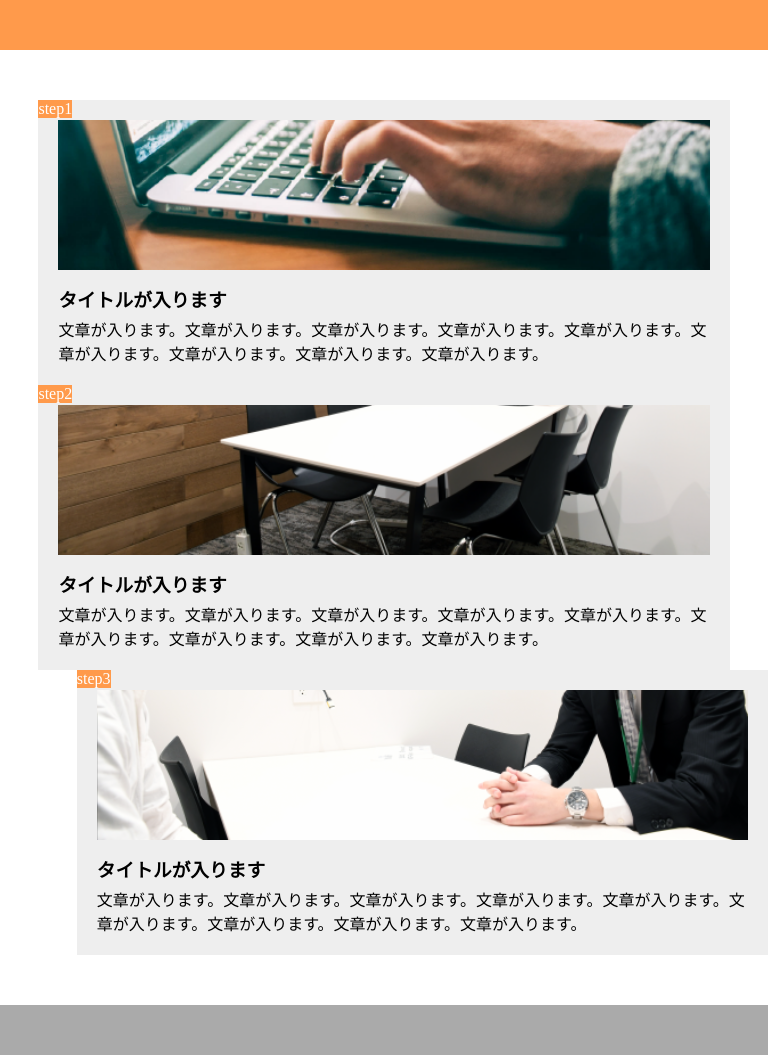
Repository: miho-baba/chapter10.1
Page: chapter9/chapter9.html
The author's editor kept a record of every edit. The page is drawn from the files as they stood at one moment, then again after the next edit.
The browser window is 768 px wide. The pictures show the whole page.

Above is the page before.

### chapter9/chapter9.html

<!DOCTYPE html>
<html lang="ja">
  <head>
    <meta charset="UTF-8" />
    <meta name="viewport" content="width=device-width,initial-scale=1.0">
  <title>9章演習</title>
    <link rel="stylesheet" href="chapter9.css" />
  </head>
  <body>
    <header></header>
    <main>
      <div class="step-box">
        <div class="step-img1"></div>
        <span class="step-num">step1</span>
        <h3 class="title">タイトルが入ります</h3>
        <p class="text">
          文章が入ります。文章が入ります。文章が入ります。文章が入ります。文章が入ります。文章が入ります。文章が入ります。文章が入ります。文章が入ります。
        </p>
      </div>

      <div class="step-box">
        <div class="step-img2"></div>
        <span class="step-num">step2</span>
        <h3 class="title">タイトルが入ります</h3>
        <p class="text">
          文章が入ります。文章が入ります。文章が入ります。文章が入ります。文章が入ります。文章が入ります。文章が入ります。文章が入ります。文章が入ります。
        </p>
      </div>

      <div class="step-box">
        <div class="step-img3"></div>
        <span class="step-num">step3</span>
        <h3 class="title">タイトルが入ります</h3>
        <p class="text">
          文章が入ります。文章が入ります。文章が入ります。文章が入ります。文章が入ります。文章が入ります。文章が入ります。文章が入ります。文章が入ります。
        </p>
      </div>
    </main>
    <footer></footer>
  </body>
</html>

### chapter9/chapter9.css
* {
  box-sizing: border-box;
  margin: 0;
  padding: 0;
}

header {
  height: 50px;
  background-color: #ff9a4b;
}

main {
  width: 960px;
  margin: 50px auto;
  display: flex;
}

.step-box {
  width: 300px;
  margin-right: 30px;
  padding: 10px;
  position: relative;
  background-color: #eee;
}

.step-box:last-child {
  margin-right: 0;
}

.step-img1 {
  height: 150px;
  background-image: url(img/flow01.png);
  background-position: bottom;
  background-size: cover;
}

.step-img2 {
  height: 150px;
  background-image: url(img/flow02.png);
  background-position: bottom;
  background-size: cover;
}

.step-img3 {
  height: 150px;
  background-image: url(img/flow03.png);
  background-position: bottom;
  background-size: cover;
}

.step-num {
  position: absolute;
  top: 0;
  left: 0;
  background-color: #ff9a4b;
  color: #fff;
}

.title {
  margin: 15px 0 5px;
}

footer {
  height: 50px;
  background-color: #aaa;
}

@media screen and (max-width:768px) {
  header {
    height: 50px;
    width: 100%;
}

main {
  width: 100%;
  margin: 50px auto;
  display: block;
}

.step-box {
  width: 90%;
  margin-right: 50px;
  padding: 20px;
  position: relative;
  background-color: #eee;
  margin: auto;
}

.step-box:last-child {
  margin-right: 0;
}

.step-img1 {
  height: 150px;
  background-image: url(img/flow01.png);
  background-position: bottom;
  background-size: cover;
}

.step-img2 {
  height: 150px;
  background-image: url(img/flow02.png);
  background-position: bottom;
  background-size: cover;
}

.step-img3 {
  height: 150px;
  background-image: url(img/flow03.png);
  background-position: bottom;
  background-size: cover;
}

.step-num {
  position: absolute;
  top: 0;
  left: 0;
  background-color: #ff9a4b;
  color: #fff;
}

.title {
  margin: 15px 0 5px;
}

footer {
  height: 50px;
  background-color: #aaa;
}
}

After the next edit:
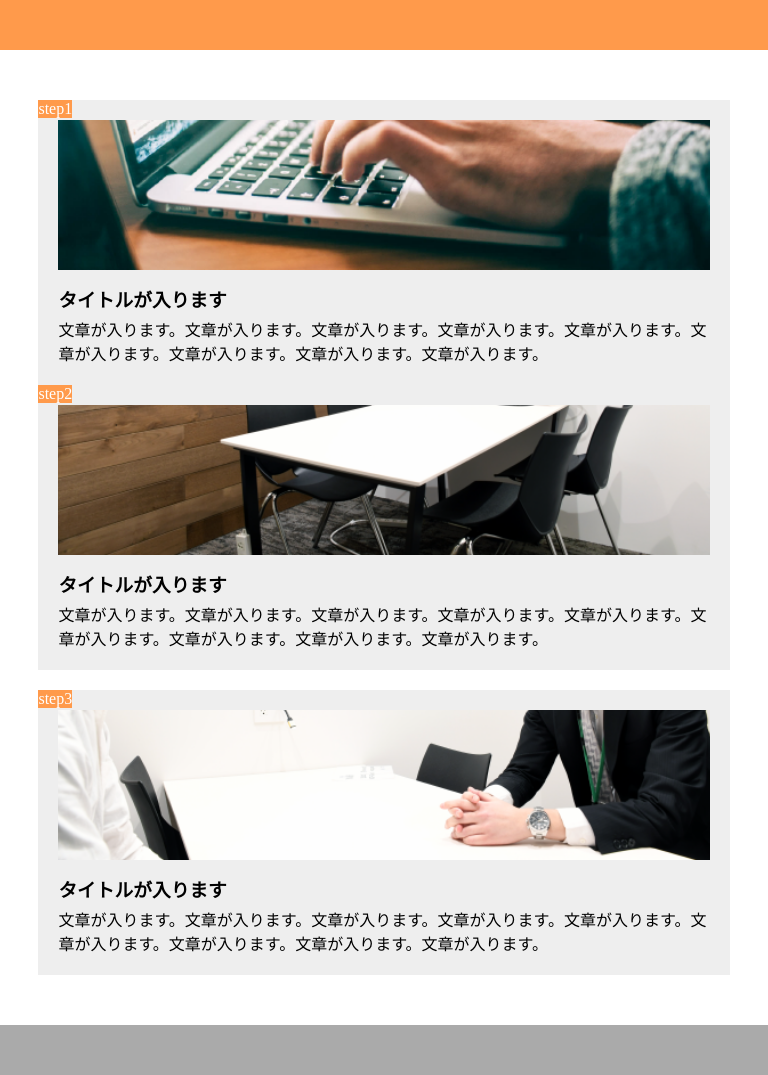
The edit:
--- a/chapter9/chapter9.css
+++ b/chapter9/chapter9.css
@@ -87,7 +87,8 @@
 }
 
 .step-box:last-child {
-  margin-right: 0;
+  margin: auto;
+  margin-top: 20px;
 }
 
 .step-img1 {
